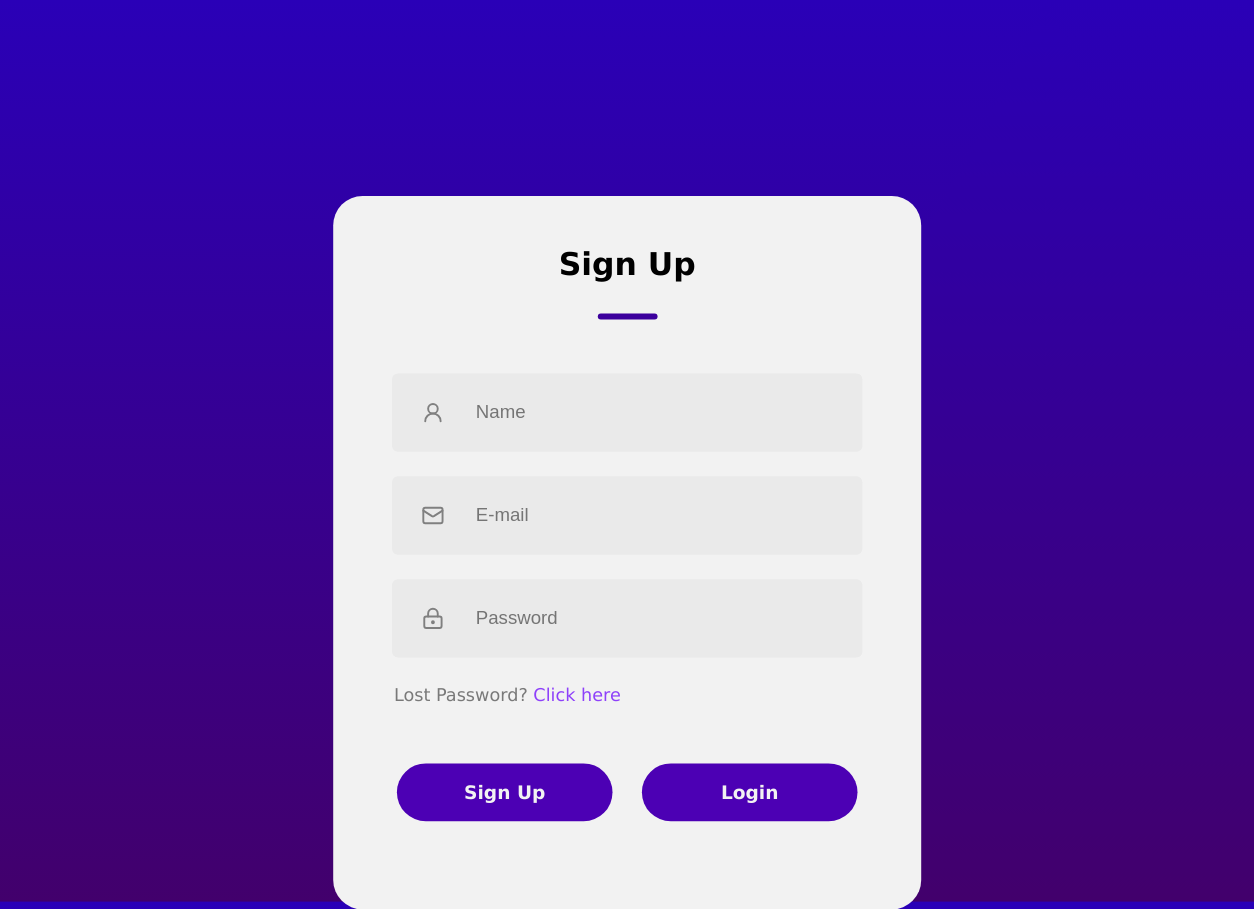
Repository: guilhermecardoso93/login-page
Page: /
The author's editor kept a copy of each file at every save. The page is drawn from the files as they stood at one save, then again after the next save.
The browser window is 1280 px wide. The pictures show the whole page, at 98% of full size.
The project was rebuilt for these pictures with package versions that can differ from the ones it lists, and the page was loaded fresh each time. Also part of the build but not shown: vite.config.js.

Above is the page before, as saved 2024-10-22 19:38:00.

### index.html
<!doctype html>
<html lang="en">
  <head>
    <meta charset="UTF-8" />
    <link rel="icon" type="image/svg+xml" href="" />
    <meta name="viewport" content="width=device-width, initial-scale=1.0" />
    <title>Login | SignUp</title>
  </head>
  <body>
    <div id="root"></div>
    <script type="module" src="/src/main.jsx"></script>
  </body>
</html>

### src/App.jsx
import { Login } from "./components/Login/Login";

export default function App() {
  return (
    <>
      <Login />
    </>
  );
}

### src/index.css
body {
  margin: 0;
  font-family: 'Lucida Sans', 'Lucida Sans Regular', 'Lucida Grande', 'Lucida Sans Unicode', Geneva, Verdana, sans-serif;
  -webkit-font-smoothing: antialiased;
  -moz-osx-font-smoothing: grayscale;
  height: 100vh;
  background: linear-gradient(#2A00B7, #42006c);
}

code {
  font-family: source-code-pro, Menlo, Monaco, Consolas, "Courier New", monospace;
}

### src/components/Login/Login.jsx
import { UserRound, Mail, LockKeyhole } from "lucide-react";
import "./Login.css";
import { useState } from "react";

export const Login = () => {
  const [action, setAction] = useState("Sign Up");

  return (
    <div className="container">
      <header>
        <h1>{action}</h1>
        <div className="underline"></div>
      </header>{" "}
      <div className="inputs">
        <div className="input">
          <UserRound color="gray" size={24} className="icon" />
          <input type="text" placeholder="Name"/>
        </div>

        <div className="input">
          <Mail color="gray" size={24} className="icon" />
          <input type="email" placeholder="E-mail" />
        </div>

        <div className="input">
          <LockKeyhole color="gray" size={24} className="icon" />
          <input type="password" placeholder="Password" />
        </div>
      </div>
      <div className="forgot-password">
        Lost Password? <span>Click here</span>
      </div>
      <div className="submit-container">
        <div className="submit">Sign Up</div>
        <div className="login">Login</div>
      </div>
    </div>
  );
};

### src/components/Login/Login.css
.container {
  display: flex;
  flex-direction: column;
  margin: auto;
  margin-top: 200px;
  width: 600px;
  padding-bottom: 30px;
  border-radius: 30px;
  background: #f2f2f2;
}

header {
  display: flex;
  flex-direction: column;
  align-items: center;
  gap: 9px;
  width: 100%;
  margin-top: 30px;
}

header span {
  color: #3c009d;
  font-size: 48px;
  font-weight: 700;
}

.underline {
  width: 61px;
  height: 6px;
  background-color: #3c009d;
  border-radius: 9px;
}

.inputs {
  margin-top: 55px;
  display: flex;
  flex-direction: column;
  gap: 25px;
}

.input {
  display: flex;
  align-items: center;
  justify-content: center;
  margin: auto;
  width: 480px;
  height: 80px;
  background-color: #eaeaea;
  border-radius: 6px;
}

.input .icon {
  margin: 0px 30px;
}

.input input {
  height: 50px;
  width: 400px;
  background: transparent;
  border: none;
  outline: none;
  color: #797979;
  font-size: 19px;
}

.forgot-password {
  padding-left: 62px;
  margin-top: 27px;
  color: #797979;
  font-size: 18px;
}

.forgot-password span {
  color: #8e41fa;
  cursor: pointer;
}

.forgot-password span:hover {
  color: #3c009d;
}

.submit-container {
  display: flex;
  gap: 30px;
  margin: 60px auto;
}

.submit, .login {
  display: flex;
  justify-content: center;
  align-items: center;
  width: 220px;
  height: 59px;
  color: #f2f2f2;
  background-color: #4c00b4;
  border-radius: 50px;
  font-size: 19px;
  font-weight: 700;
  cursor: pointer;
}

.submit:hover, .login:hover {
  background-color: #8e41fa;
}

Loaded but not shown: src/main.jsx (common file)

After the next save:
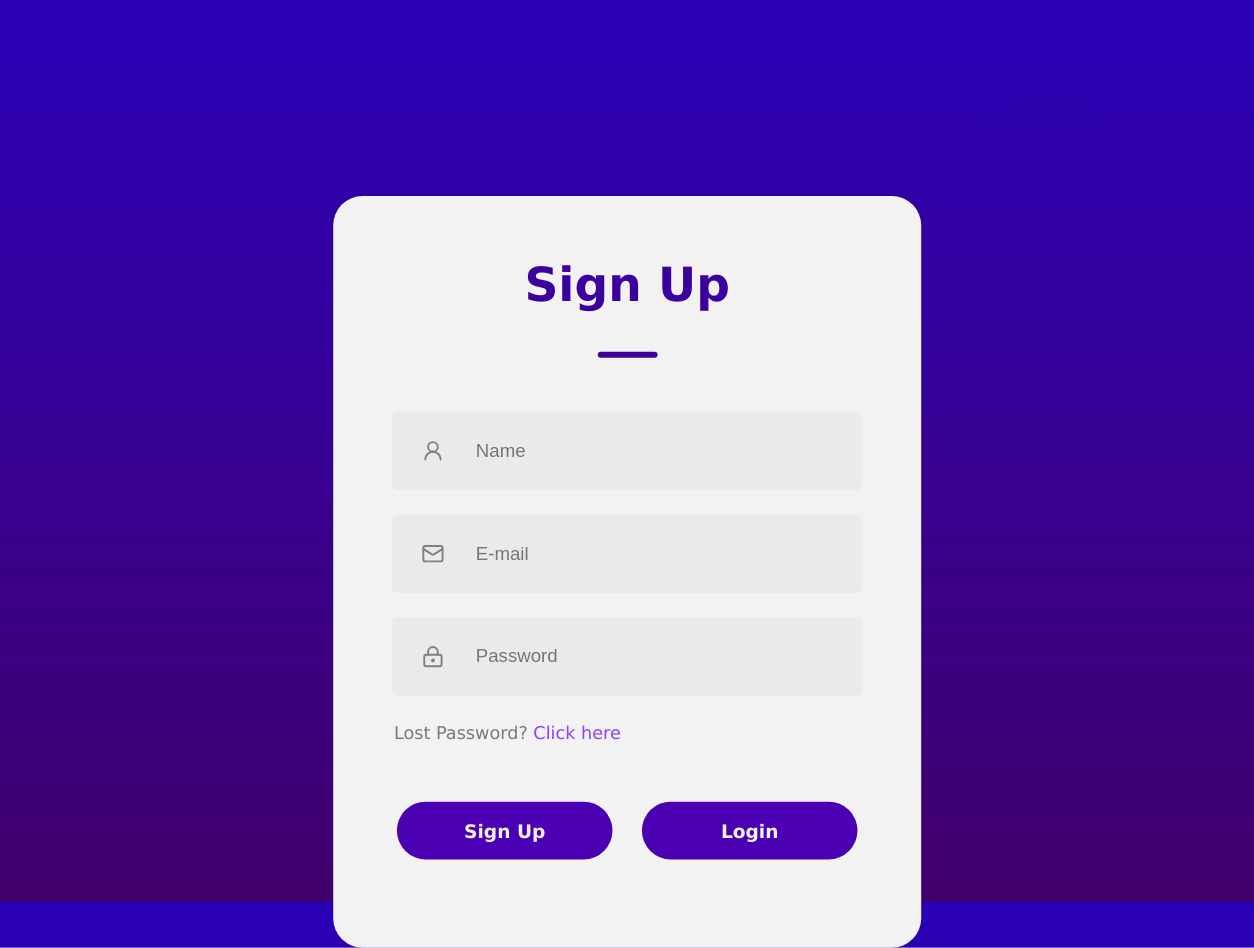
Saved 6 s later.
--- a/src/components/Login/Login.css
+++ b/src/components/Login/Login.css
@@ -18,7 +18,7 @@ header {
   margin-top: 30px;
 }
 
-header span {
+header h1 {
   color: #3c009d;
   font-size: 48px;
   font-weight: 700;
